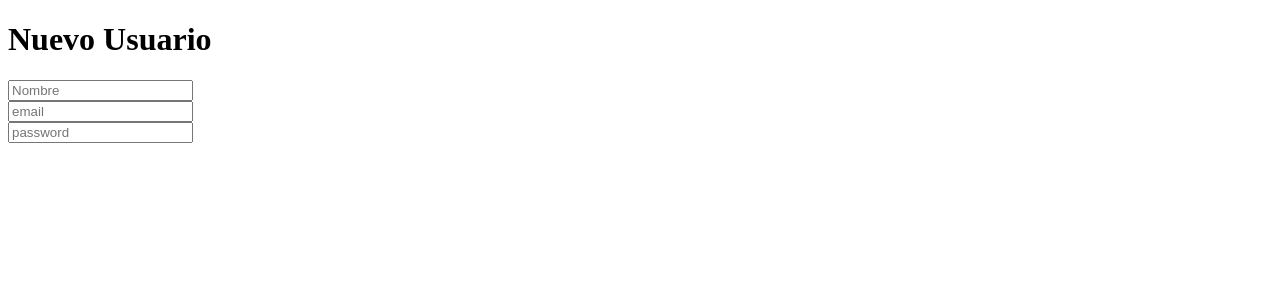
Repository: anagut/java-web
Page: http://localhost/HelloLogin/nuevousuario.jsp
The author's editor kept a copy of each file at every save. The page is drawn from the files as they stood at one save, then again after the next save.
The browser window is 1280 px wide. The pictures show the whole page.
The page is served by Tomcat 9.

Above is the page before, as saved 2018-11-15 08:54:31.

After the next save:
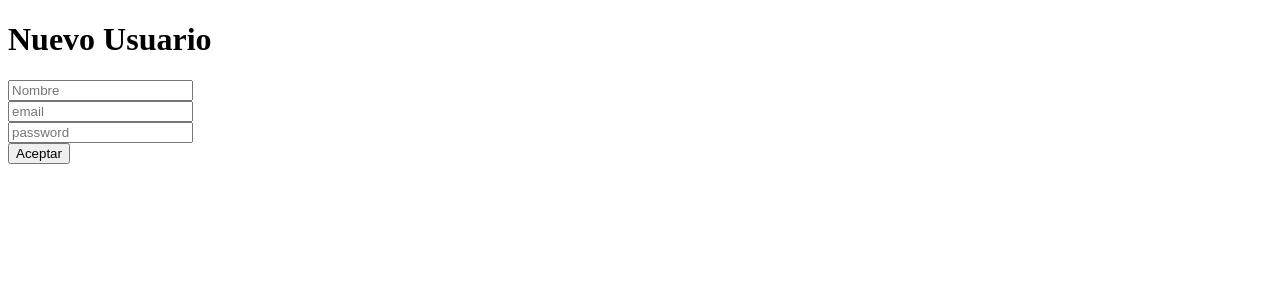
Saved 37 s later.
--- a/HelloLogin/WebContent/nuevousuario.jsp
+++ b/HelloLogin/WebContent/nuevousuario.jsp
@@ -19,5 +19,7 @@
 	<input type="password" placeholder="password" name="password" id="password" required/>
 	</div>
 	</form>
+
+	<button>Aceptar</button>
 </body>
 </html>
